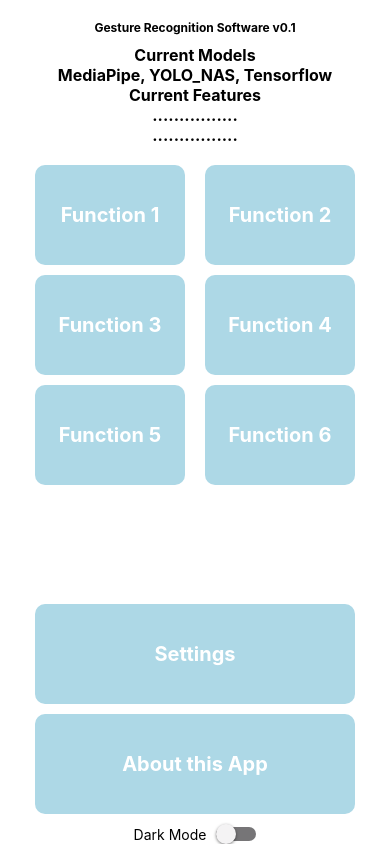
Repository: hajin-park/V-QUIP
Page: / (app in frontend/react-native-app/)
An editor plug-in stored every save of this project. The page is shown before and after the next save, followed by the edit.
The browser window is 390 px wide. The pictures show the whole page.
The app was drawn by React Native's web renderer in a window 390 px wide. The project was rebuilt for these pictures with package versions that can differ from the ones it lists, and the page was loaded fresh each time.

Above is the page before, as saved 2024-04-08 00:05:45.

After the next save:
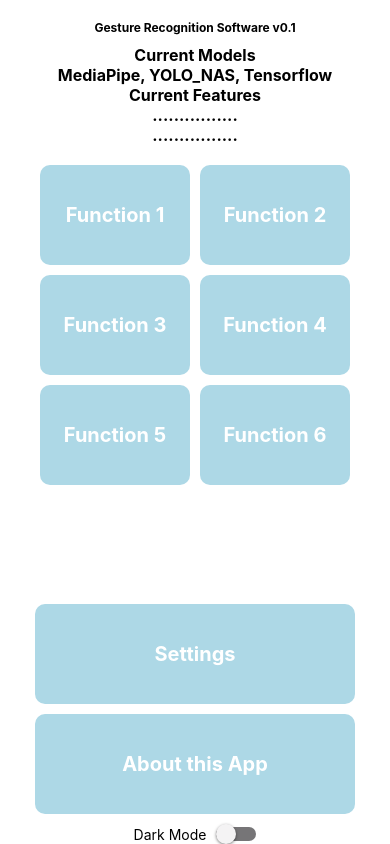
Saved 60 s later.
--- a/frontend/react-native-app/App.js
+++ b/frontend/react-native-app/App.js
@@ -116,7 +116,7 @@ const styles = StyleSheet.create({
     borderRadius: 10, // Rounded edges
     alignItems: 'center',
     justifyContent: 'center',
-    marginHorizontal: 10,
+    marginHorizontal: 5,
   },
   box2: {
     width: 320,
